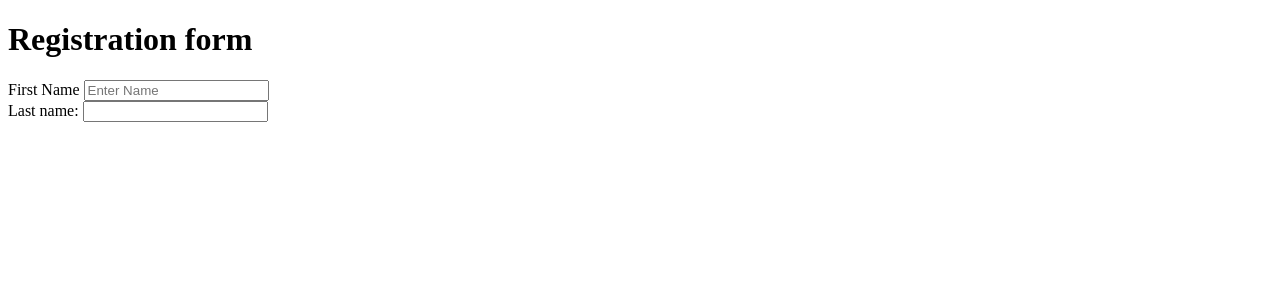
Repository: yuktavyas14/vscode
Page: index.html
An editor plug-in stored every save of this project. The page is shown before and after the next save, followed by the edit.
The browser window is 1280 px wide. The pictures show the whole page.

Above is the page before, as saved 2021-06-08 15:40:13.

After the next save:
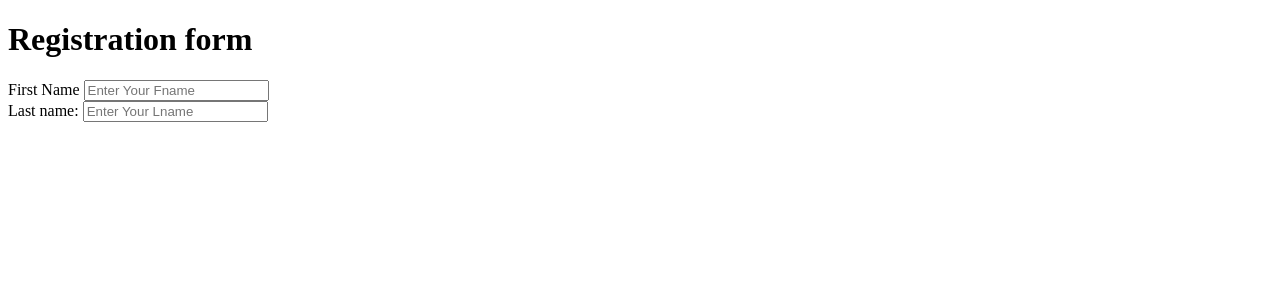
Saved 69 s later.
--- a/index.html
+++ b/index.html
@@ -11,9 +11,9 @@
     <h1>Registration form</h1>
     <form>
         <label for="fname">First Name</label>
-        <input type="text" placeholder="Enter Name" required ><br>
+        <input type="text" placeholder="Enter Your Fname" required ><br>
         <label for="lname">Last name:</label>
-  <input type="text" id="lname" name="lname" ><br><br>
+        <input type="text" placeholder="Enter Your Lname" required ><br>
     </form>
 </body>
 </html>
